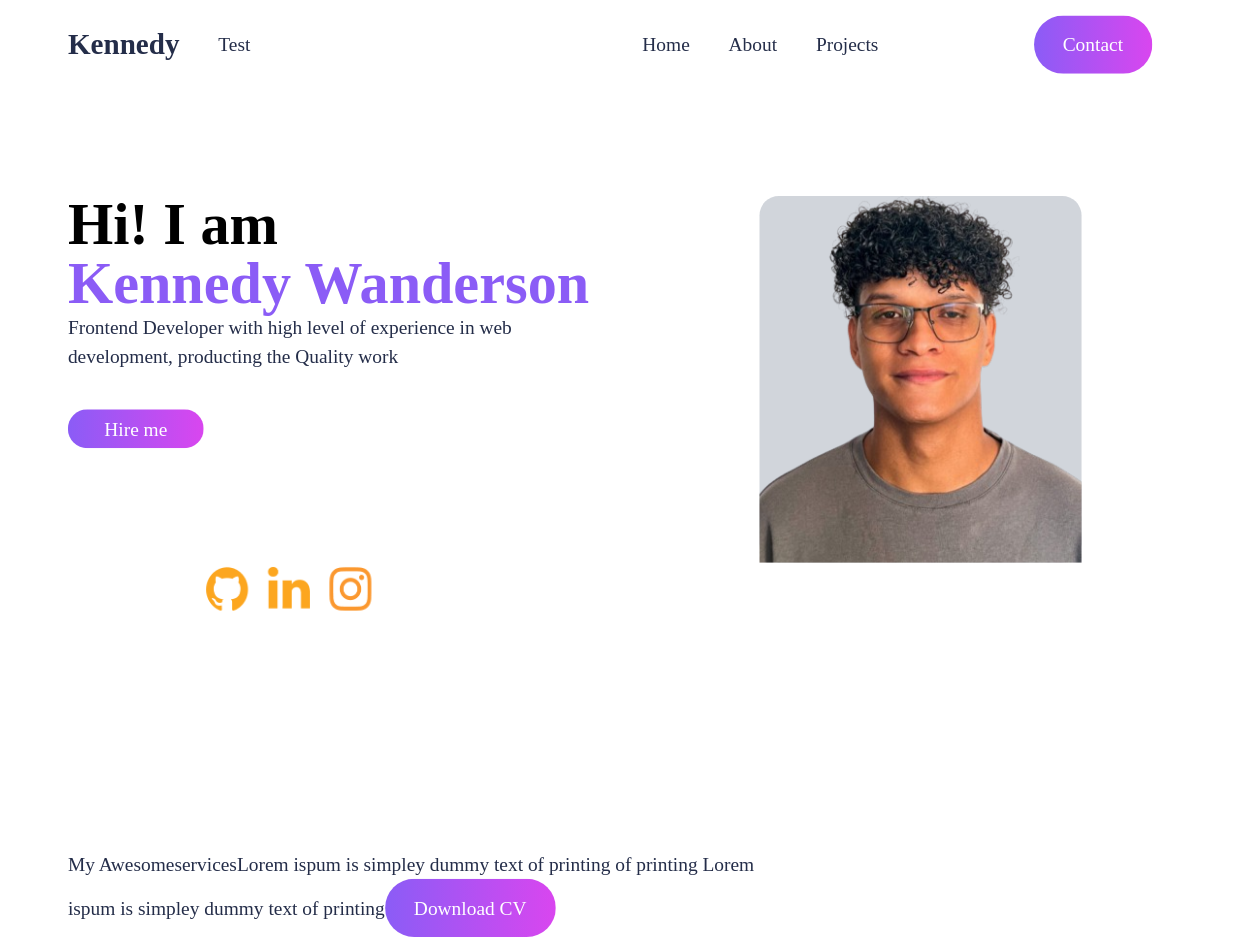
Repository: KennedyWanderson/portfolio
Page: /
An editor plug-in stored every save of this project. The page is shown before and after a run of saves, followed by the edit.
The browser window is 1280 px wide. The pictures show the whole page, at 97% of full size.
Some web fonts or font styles are not loaded; a fallback is used. The project was rebuilt for these pictures with package versions that can differ from the ones it lists, and the page was loaded fresh each time.

Above is the page before, as saved 2024-01-17 12:02:38.

After the next 3 saves:
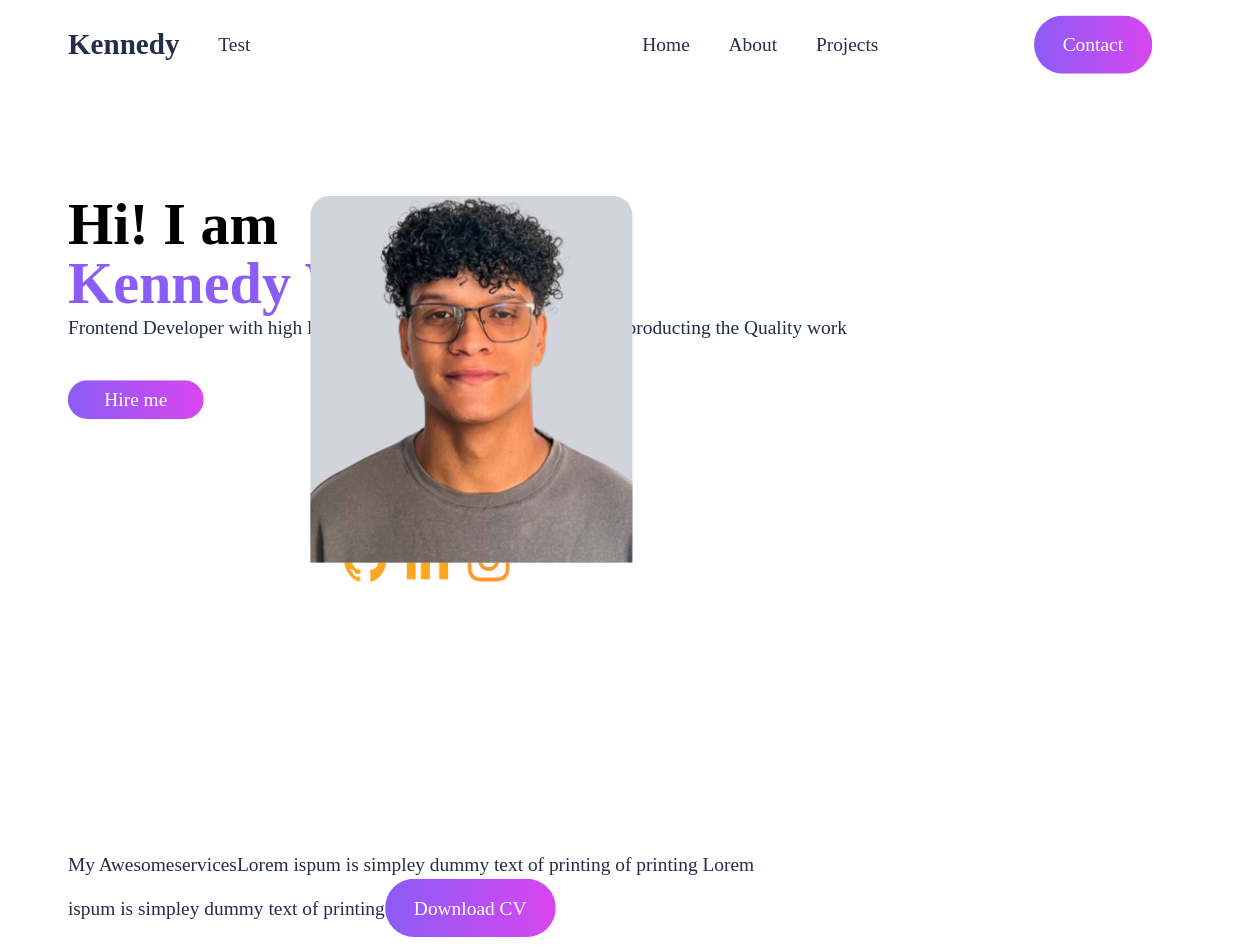
The 3 saves are shown as one change because they came seconds apart.
The last was saved 3 h 19 min later.
--- a/src/Components/About/About.jsx
+++ b/src/Components/About/About.jsx
@@ -32,7 +32,7 @@ const About = () => {
                     </a>
                 </div>
             </div>
-            <div className="flex-1 relative">
+            <div className="i-right">
                 <div className="z-[1] absolute bg-gray-300 rounded-2xl left-1/4 ">
                     <img className="scale-145 " src={Profile} alt="" />
                 </div>
